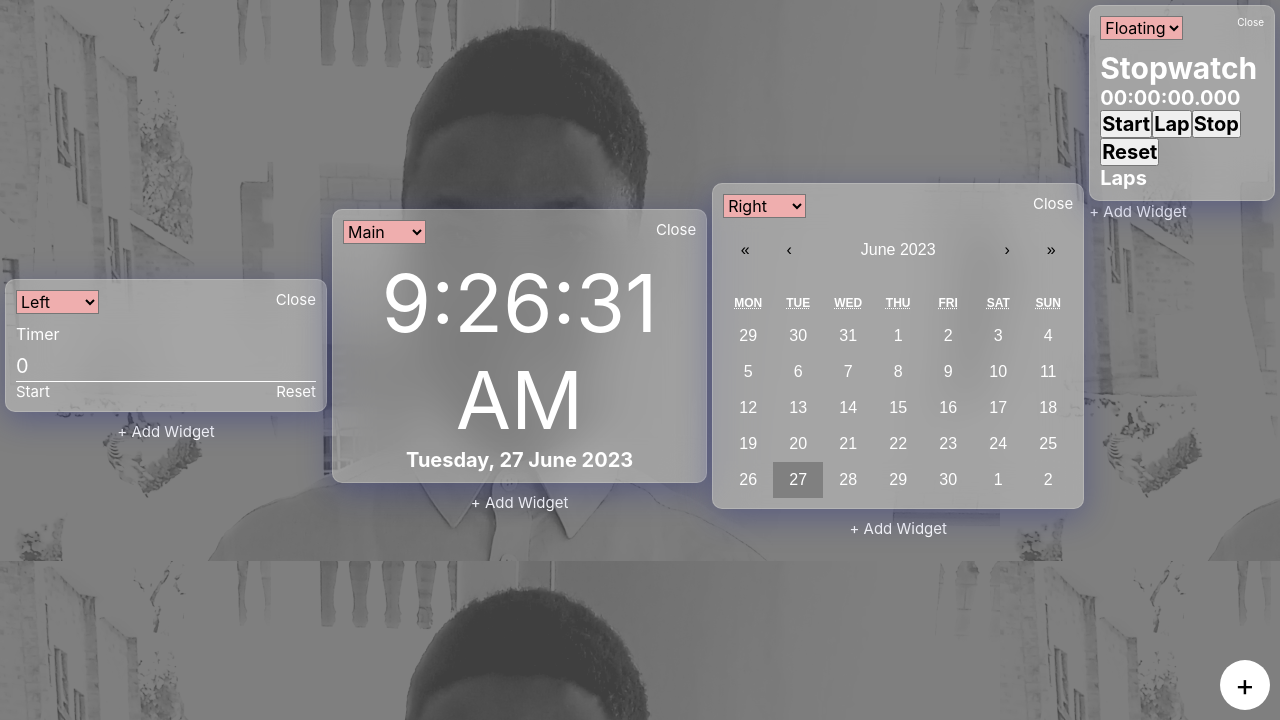
Repository: Angera-Silas/Planner-app
Page: /
These files come from the project's save history. The page is drawn as it stood at one moment and after the next save; the edit follows.
The browser window is 1280 px wide. The pictures show the whole page.
The project was rebuilt for these pictures with package versions that can differ from the ones it lists, and the page was loaded fresh each time. Also part of the build but not shown: src/widgets/ReminderListWidget.js, src/modals/WidgetGalleryModal.js.

Above is the page before, as saved 2023-06-27 18:19:38.

After the next save:
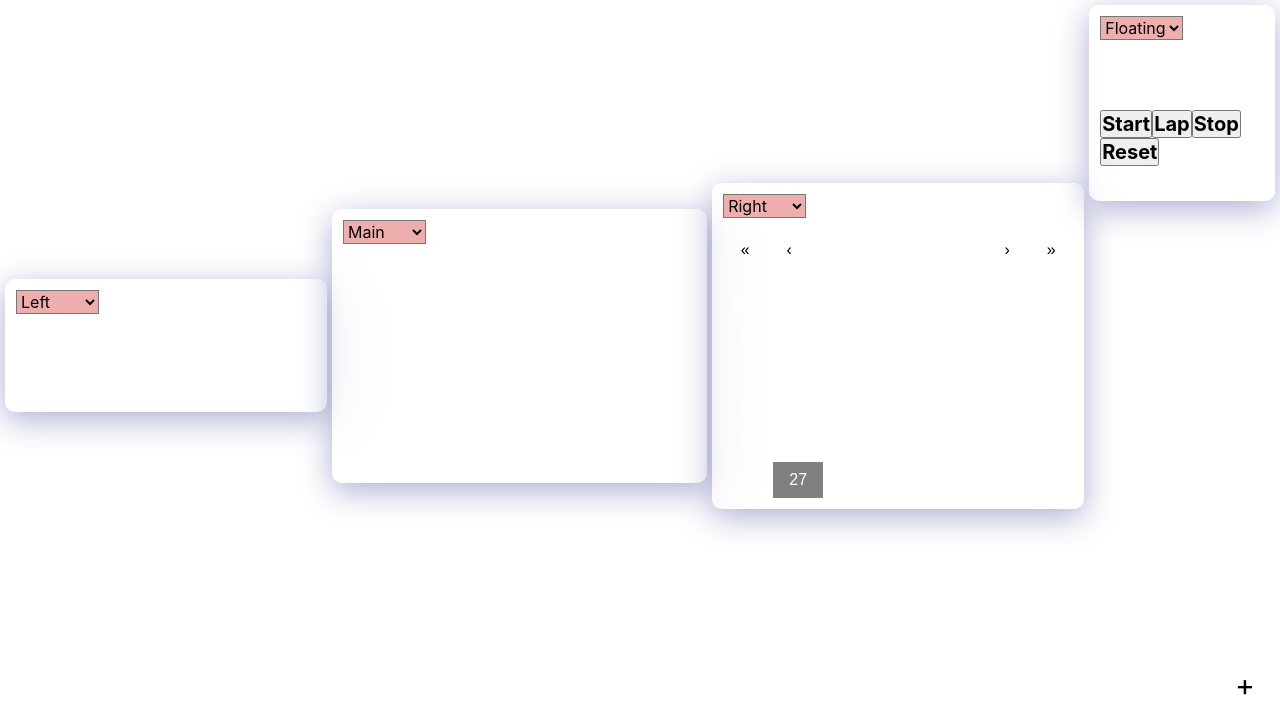
Saved 36 s later.
--- a/src/App.css
+++ b/src/App.css
@@ -1,5 +1,5 @@
 .App {
-  background: url("background.jpg");
+  background: url("background.jpg"),;
   height: 100vh;
   display: flex;
   justify-content: flex-start;
